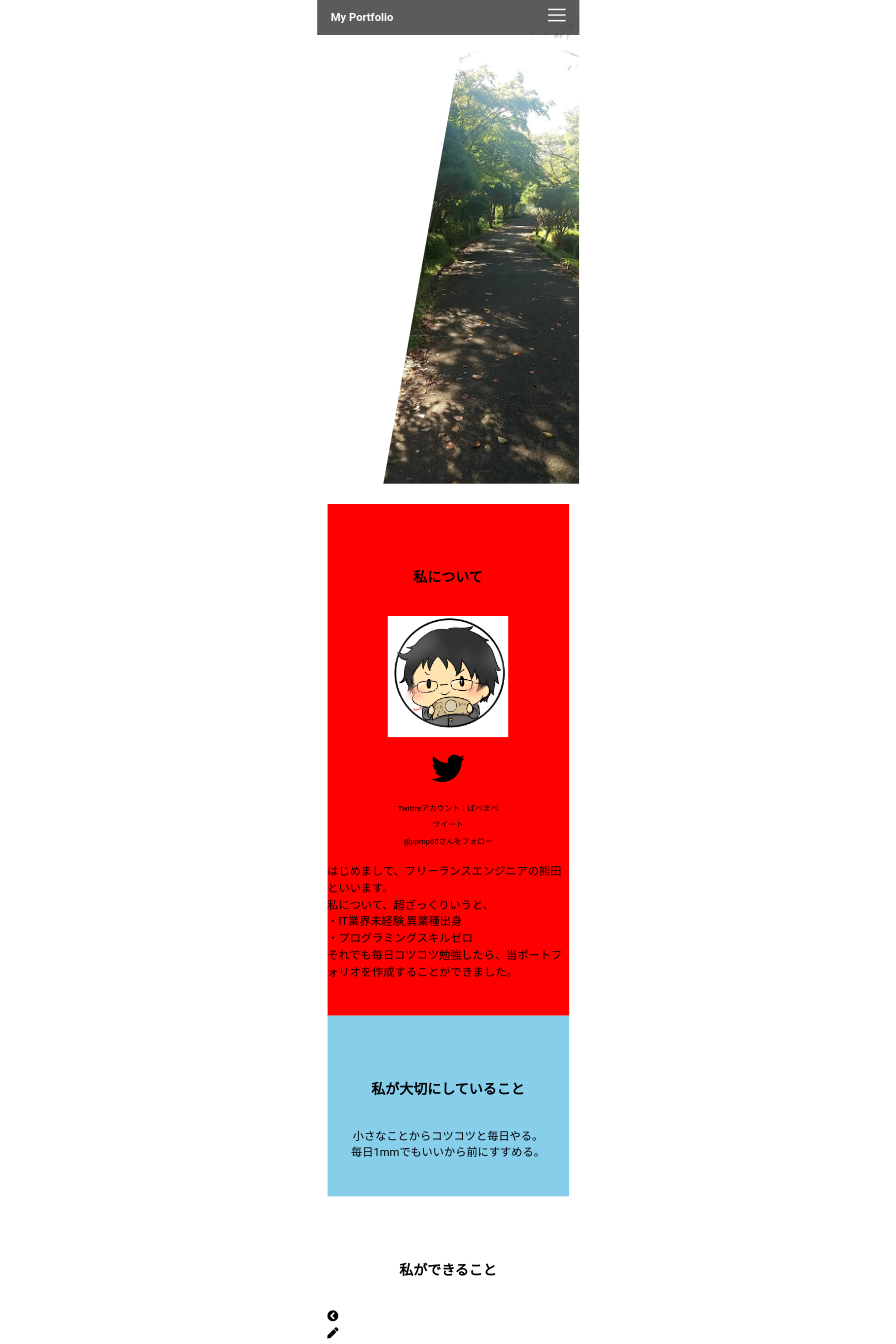
Repository: ppmp556/portfolio6
Page: index copy.html
These files come from the project's save history. The page is drawn as it stood at one moment and after the next save; the edit follows.
The browser window is 1280 px wide. The pictures show the part of the page from y = 0 to 1920 px (the page is 3189 px tall), at 70% of full size.
Some web libraries are served in a nearby version. The style sheet was rebuilt from its Sass, Less or Tailwind sources for each picture, by a compiler version that may differ from the author's.

Above is the page before, as saved 2020-10-12 22:11:27.
Console error: TypeError: Cannot read properties of null (reading 'addEventListener')

### index copy.html
<!DOCTYPE html>
<html ja>
  <head>
    <meta charset="utf-8" />
    <meta
      name="viewport"
      content="width=device-width, initial-scale=1.0, maximum-scale=1.0, minimum-scale=1.0"
    />
    <title>ポートフォリオ</title>
    <link rel="stylesheet" href="css/faundation.css" />
    <link rel="stylesheet" href="css/main.css" />
    <link
      href="https://use.fontawesome.com/releases/v5.6.1/css/all.css"
      rel="stylesheet"
    />
    <script src="https://ajax.googleapis.com/ajax/libs/jquery/3.4.1/jquery.min.js"></script>
  </head>

  <body>
    <div class="container">

      <div class="kv" id="kv">
        <div class="kv_container">
          <p class="kv_ttl">kuma</p>
          <img src="images/道.jpg" alt="" class="kv_img">


          <!-- <img src="/images/3566338_s.jpg" alt="" class="kv_img"> -->
          <!-- <img src="/images/3566338_s.jpg" alt="" class="kv_img"> -->
          <!-- <img src="/images/3566338_s.jpg" alt="" class="kv_img"> -->
          <!-- <img src="/images/3566338_s.jpg" alt="" class="kv_img"> -->
          <div class="kv_wrapper line">
            <p class="kv_animetype">
                <!-- ポートフォリオ<span class="line_type">|</span> -->
            </p><!-- /.kv_animetype -->

          </div><!-- /.kv_wrapper -->
        </div><!-- /.kv_container -->
      </div>
      <!-- /#kv.kv -->

      <header class="header" id="top">
        <div class="header_inner flex">
          <h1 class="header_ttl"><a href="index.html">My Portfolio</a></h1>
          <!-- /.header_ttl -->

          <nav class="nav">
            <!-- ハンバーガーメニュー部分 -->

            <div class="nav_ham" id="nav_toggle">
              <span class="nav_line tg1"></span>
              <span class="nav_line tg2"></span>
              <span class="nav_line tg3"></span>
            </div>
            <!-- ハンバーガーメニューここまで -->

            <ul class="nav_list flex">
              <div class="nav_inner">
                <li class="nav_item">
                  <a href="#Top" class="nav_link">TOP</a>
                </li>
                <!-- /.nav_item -->
                <li class="nav_item">
                  <a href="#about" class="nav_link">Profile</a>
                </li>
                <!-- /.nav_item -->
                <li class="nav_item">
                  <a href="#skill" class="nav_link">Skill</a>
                </li>
                <!-- /.nav_item -->
                <li class="nav_item">
                  <a href="#blog" class="nav_link">Blog</a>
                </li>
                <!-- /.nav_item -->
                <li class="nav_item">
                  <a href="#create" class="nav_link">Create</a>
                </li>
                <!-- /.nav_item -->
              </div><!-- /.nav_inner -->
            </ul>
            <!-- /.nav_list -->
          </nav>
          <!-- /.nav -->
        </div><!-- /.header_inner -->
      </header>
      <!-- /.header -->



      <main class="main_container">
        <div class="inner">

          <section class="about" id="about">
            <h2 class="section_ttl">私について</h2>
            <!-- /.section_ttl -->

            <div class="section_inner">
              <div class="about_left">
                <div class="about_imgbox">
                  <img src="images/アイコン.jpg" alt="" class="about_img">
                  <div class="about_share">
                    <a href="" class="about_share_icon">
                      <i class="fab fa-twitter fa-3x share"></i>
                      <p class="about_sharetxt">Twittreアカウント：ぱぺまぺ</p>
                      <!-- /.about_sharetxt --> </a
                    ><!-- /.about_share_icon -->
                      <br>
                    <a
                      href="https://twitter.com/share"
                      class="twitter_share_button"
                      data-via="webgaku"
                      data-lang="ja"
                      >ツイート</a
                    >
                      <br>
                    <a
                      href="https://twitter.com/ppmp65"
                      class="twitter_follow_button"
                      data-show-count="false"
                      data-lang="ja"
                      >@ppmp65さんをフォロー</a
                    >
                  </div>
                  <!-- /.about_share -->
                </div>
                <!-- /.about_imgbox -->
              </div>
              <!-- /.about_left -->

              <div class="about_right">
                <p class="about_txt">
                  はじめまして、フリーランスエンジニアの熊田といいます。<br />
                  私について、超ざっくりいうと、<br />

                  ・IT業界未経験,異業種出身 <br />
                  ・プログラミングスキルゼロ<br />

                  それでも毎日コツコツ勉強したら、当ポートフォリオを作成することができました。
                </p>
                <!-- /.about_txt -->
              </div>
              <!-- /.about_right -->
            </div>
            <!-- /.section_inner -->
          </section>
          <!-- /#about.about -->

          <section class="policy" id="policy">
            <h2 class="section_ttl">私が大切にしていること</h2>
            <!-- /.section_ttl -->

            <div class="policy_animebox">
              <div class="policy_anime">
                <p class="policy_txt">
                  小さなことからコツコツと毎日やる。<br />
                  毎日1mmでもいいから前にすすめる。
                </p>
                <!-- /.policy_txt -->
              </div>
              <!-- /.policy_anime -->
            </div>
            <!-- /.policy_anime -->
          </section>
          <!-- /#policy.policy -->

          <section class="skill" id="skill">
            <div class="scroll_fade_row">
              <h2 class="section_ttl">私ができること</h2>
              <!-- /.section_ttl -->

              <div class="skill_box">
                <div class="skill_content">
                  <div class="slide_btn prev">
                    <i class="fas fa-chevron-circle-left"></i>
                  </div>
                  <!-- /.slide_btn -->

                  <div class="skill_inner">
                    <div class="skill_inbox slide active">
                      <i class="skillIcon fas fa-pen"></i>
                      <p class="skill_inboxttl">執筆</p>
                      <!-- /.skill_inboxttl -->
                      <p class="skill_txt">
                        文章を考えるのが好きです<br />
                        ブログ執筆で毎日1000～2000文字程度<br />
                        書いています。<br />
                        ブログは毎日1日1記事更新。
                      </p>
                      <!-- /.skill_txt -->
                    </div>
                    <!-- /.skill_inbox -->

                    <div class="skill_inbox slide active">
                      <i class="skillIcon fas fa-code"></i>
                      <p class="skill_inboxttl">コーディング</p>
                      <!-- /.skill_inboxttl -->
                      <p class="skill_txt">
                        独学とプログラミングスクール併用<br />
                        全くの知識ゼロから始めました。<br />
                      </p>
                      <!-- /.skill_txt -->
                    </div>
                    <!-- /.skill_inbox -->

                    <div class="skill_inbox slide active">
                      <i class="skillIcon fas fa-pen"></i>
                      <p class="skill_inboxttl">執筆</p>
                      <!-- /.skill_inboxttl -->
                      <p class="skill_txt">
                        文章を考えるのが好きです<br />
                        ブログ執筆で毎日1000～2000文字程度<br />
                        書いています。<br />
                        ブログは毎日1日1記事更新。
                      </p>
                      <!-- /.skill_txt -->
                    </div>
                    <!-- /.skill_inbox -->

                    <div class="skill_inbox slide active">
                      <i class="skillIcon fas fa-cog"></i>
                      <p class="skill_inboxttl">執筆</p>
                      <!-- /.skill_inboxttl -->
                      <p class="skill_txt">
                        文章を考えるのが好きです<br />
                        ブログ執筆で毎日1000～2000文字程度<br />
                        書いています。<br />
                        ブログは毎日1日1記事更新。
                      </p>
                      <!-- /.skill_txt -->
                    </div>
                    <!-- /.skill_inbox -->
                  </div>
                  <!-- /.skill_inner -->
                </div>
                <!-- /.skill_content -->
              </div>
              <!-- /.skill_box -->
            </div>
            <!-- /.scroll_fade_row -->
          </section>
          <!-- /#skill.skill -->

          <section class="blog" id="blog">
            <div class="scroll_fade_row">
              <h2 class="section_ttl">ブログ</h2>
              <!-- /.section_ttl -->

              <div class="section_inner">
                <h3 class="blog_txt">ぱぺまぺの低年収者のための資産運用計画</h3>
                <!-- /.blog_txt -->

                <div class="blog_imgbox">
                  <a href="https://ppmp556.com"
                    >https://ppmp556.com
                    <img
                      class="blogImg"
                      src="images/invest01.png"
                      alt="ブログ1"
                    />
                  </a>
                </div>
                <!-- /.blog_imgbox -->
                <div class="blog_txtbox">
                  <p class="blog_txt">
                    投資ブログです。<br />
                    資金が少なくてもできる投資や、<br />
                    初心者向けの投資、投資についての考え方や<br />
                    ヒントなどを発信しています。（1日1記事更新）
                  </p>
                  <!-- /.blog_txt -->
                </div>
                <!-- /.blog_txtbox -->
              </div>
              <!-- /.section_inner -->
            </div>
            <!-- /.scroll_fade_row -->
          </section>
          <!-- /#blog.blog -->

          <section class="create" id="create">
            <div class="scroll_fade_row">
              <h2 class="section_ttl">制作物</h2>
              <!-- /.section_ttl -->
              <div class="section_inner">
                <div class="create_imgbox">
                  <p class="create_ttl">ポートフォリオ<br />（このサイト）</p>
                  <!-- /.create_ttl -->

                  <!-- アコーディオンメニュー実装する -->
                </div>
                <!-- /.create_imgbox -->
              </div>
              <!-- /.section_inner -->
            </div>
            <!-- /.scroll_fade_row -->
          </section>
          <!-- /#create.create -->
        </div>
        <!-- /.inner -->
      </main>

      <footer class="footer">
        <ul class="footer_list">
          <li class="footer_nav">
            <a href="" class="footer_link"></a>
          </li>
          <!-- /.footer_nav -->
          <li class="footer_nav">
            <a href="" class="footer_link"></a>
          </li>
          <!-- /.footer_nav -->
          <li class="footer_nav">
            <a href="" class="footer_link"></a>
          </li>
          <!-- /.footer_nav -->
          <li class="footer_nav">
            <a href="" class="footer_link"></a>
          </li>
          <!-- /.footer_nav -->
          <li class="footer_nav">
            <a href="" class="footer_link"></a>
          </li>
          <!-- /.footer_nav -->
        </ul>
        <!-- /.footer_list -->

        <div class="footer_copy">
          <small class="footer_txt">@ copyright</small
          ><!-- /.footer_txt -->
        </div>
        <!-- /.footer_copy -->
      </footer>
      <!-- /.footer -->
    </div>
    <!-- /.container -->

    <!-- <btn id="page-top"><a href="#top">PAGE TOP</a></btn> -->
    <script src="https://code.jquery.com/jquery-3.4.1.js"></script>
    <script src="main.js"></script>
  </body>
</html>

### css/main.scss
@charset 'utf-8';

/****************************************:

全体のスタイル

*****************************************:*/


$cWhite: #ffffff;
$cOcher: #c1a250;
$cBlack: #333;
$cGray: rgb(139, 137, 137);
$cBgColor: #eaebed;


$widthPc: 1024px;
$widthTab: 764px;
$widthSp: 480px;

@mixin fontsize($cFontSz: 3.6rem) {
    font-size: $cFontSz;
    color: $cWhite;
}





@mixin pc {
    @media screen and (min-width: $widthPc) {
        @content;
    }
}


@mixin tab {
    @media screen and (min-width: $widthTab) and (max-width: $widthPc) {
        @content;
    }
}



html {
    // ルートのフォントサイズ 10pxに設定
    font-size: 62.5%;
}

body {
    // デフォルトのフォントサイズ 16pxと同等のサイズに設定
    font-size: 1.6em;
    font-size: 16px;
    width: 375px;
    margin: 0 auto;
    font-family: "Roboto", sans-serif, "Noto Sans";
}


* {
    box-sizing: border-box;
}


.overall {
    font-family: "Yu Gothic", YuGothic, "Hiragino Kaku Gothic Pro", "YuGothic",
        "Meiryo", verdana, "Osaka", "MS PGothic", Sans-Serif, "Yu Mincho",
        YuMincho, "MS P Mincho", serif;

    background-color: $cBgColor;
}

.container {
    width: 100%;
    margin: 0 auto;
    // color: $cWhite;
    position: relative;
    overflow: hidden;
}



.mock {
    /* モック画像 */
    position: absolute;
    top: 0;
    left: 0;
    right: 0;
    margin: 0 auto;
    width: 375px;
    opacity: 0.3;

    /* 反転 */
    filter: hue-rotate(180deg);

    /* テキストを掴まないように */
    pointer-events: none;

    z-index: 999;
}



.flex {
    display: flex;
    justify-content: space-between;
}

.inner {
    margin: 0 auto;
    padding: 0 15px;
}

.section_ttl {
    display: block;
    text-align: center;
    margin: 40px 0;
    font-size: 2rem;
}

/****************************************:

kv

*****************************************:*/

.kv {
    position: relative;
    // background-color: red;

    &_container {
        height: 100vh;

        clip-path: polygon(58% 0, 100% 0, 100% 100%, 24% 100%);

    }

    &_txt {
        position: absolute;
        top: 20px;
        font-size: 5rem;
        color: $cBlack;
    }



    &_img {
        width: 100%;
        // height: 100%;
        display: block;

    }

    &_wrapper {
        position: absolute;
        top: 50%;
        left: 50%;
        transform: translate(-50%, -50%);
    }

    &_animetype {
        color: $cWhite;
    }


}


/****************************************:
タイプアニメーション
*****************************************:*/


.line {
    // position: relative;
    top: 50%;
    width: 24em;
    text-align: center;
    margin: 0 auto;
    font-size: 100%;
    white-space: nowrap;
    overflow: hidden;
    animation: type 2.5s steps(80, end);
    animation: typewriter 4s steps(60) 1s 1 normal both,
    /* normal:標準の方向で実行、both:forwardsとbackwardsの両方の規定に従う */
    blinkTextCursor 500ms steps(60) infinite normal;

    &_type {
        font-size: 25px;
        animation: blink 1s infinite;
        /* blink:点滅、infinite:無限に繰り返す */
    }
}



@keyframes type {
    from { width: 0; }
    to   {width: 100%; }
}


@keyframes blink {
    to{opacity: .0;}
}


@keyframes typewriter {
    from { width: 0; }
    to { width: 24em; }
}

@keyframes blinkTextCursor{/*点滅するカーソルのアニメーション*/
    from { border-right-color: $cWhite; }
    to { border-right-color: transparent; }
}





/****************************************:

policy

*****************************************:*/

.policy {
    padding: 50px 0;
    background-color: skyblue;
    margin: 0 auto;

    &_txt {
        text-align: center;

    }
}









/****************************************:

skill

*****************************************:*/


.skill {
    padding: 50px 0;
}














/****************************************:

header

*****************************************:*/

.header {
    position: absolute;
    top: 0;
    left: 0;
    width: 100%;
    background-color: $cBlack;
    opacity: 0.8;
    padding: 0 20px;
    line-height: 50px;
    color: $cWhite;
    z-index: 99;

    &.clicked {
        background-color: transparent;
    }

    &_inner.clicked {
        width: 85%;
        padding: 0 20px;
        margin-left: 35%;
        background-color: red;
        transition: .3s;
    }
}









/****************************************:

nav

*****************************************:*/

.nav {
    position: relative;



    &_list {
        position: absolute;
        right: -1000px;
        // right: -5vw;
        display: flex;
        flex-direction: column;

        &.clicked {
            right: -5vw;
            transition: .6s;
        }
    }

    &_inner {
        background-color: red;
        height: 88.9vh;
        width: 60.1vw;
        margin-top: 17%;

    }

    // ハンバーガーメニュー
    &_ham {
        cursor: pointer;
        position: absolute;
        top: 50%;
        right: 0;
        transform: translateY(-50%);
        // background-color: #ffffff;
        width: 25px;
        height: 25px;
        z-index: 100;

        &.clicked {
            right: 40px;
        }
    }

    &_line {
        position: absolute;
        width: 100%;
        height: 2px;
        background-color: $cWhite;

        &:nth-child(1) {
            top: 0px;
            // left: -5px;

        }

        &:nth-child(2) {
            top: 8px;
            // left: 5px;
        }

        &:nth-child(3) {
            top: 16px;
            /* left: -5px; */
        }

        &.clicked:nth-child(1) {
            transform: translateY(12px) rotate(-315deg);
            transition: .5s;

        }
        &.clicked:nth-child(2) {
            left: 0;
            transition: .9s;
            opacity: 0;

        }
        &.clicked:nth-child(3) {
            transform: translateY(-4px) rotate(315deg);
            transition: .5s;

        }




    }

    &_item {
        text-align: center;
    }


}




/****************************************:

about

*****************************************:*/

.about {
    padding: 50px 0;
    background-color: red;

    &_imgbox {
        width: 50%;
        margin: 0 auto;
    }

    &_img {
        display: block;
        width: 100%;
        height: 100%;
    }

    &_share {
        text-align: center;

        &_icon {
            width: 100%;
        }
    }
    &_sharetxt {
        display: inline-block;
        font-size: 1.1rem;
    }

    &_left {
        margin: 20px 0;
    }
}

.share {
    padding: 20px 0;

    &:hover {
        margin-bottom: 5px;
    }
}

.twitter {

    &_share_button {
        font-size: 1.1rem;
    }

    &_follow_button {
        font-size: 1.1rem;
    }
}

.fa-twitter {
    font-size: 2rem;
}

Loaded but not shown: main.js (197 lines, source omitted); css/faundation.css (133 lines, source omitted)

After the next save:
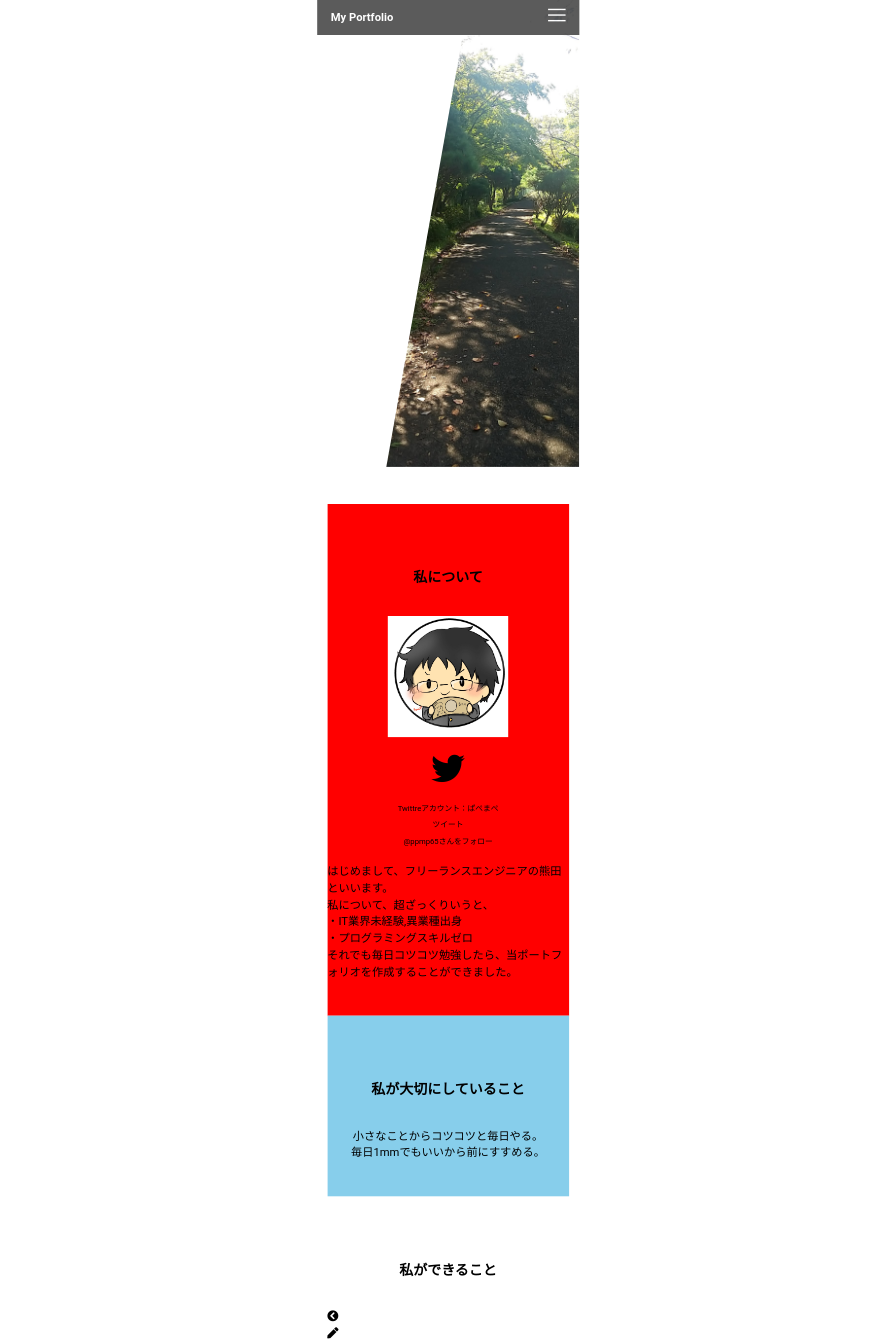
Saved 12 s later.
--- a/css/main.scss
+++ b/css/main.scss
@@ -135,7 +135,7 @@
 
     }
 
-    &_txt {
+    &_ttl {
         position: absolute;
         top: 20px;
         font-size: 5rem;

After the 2 saves that followed:
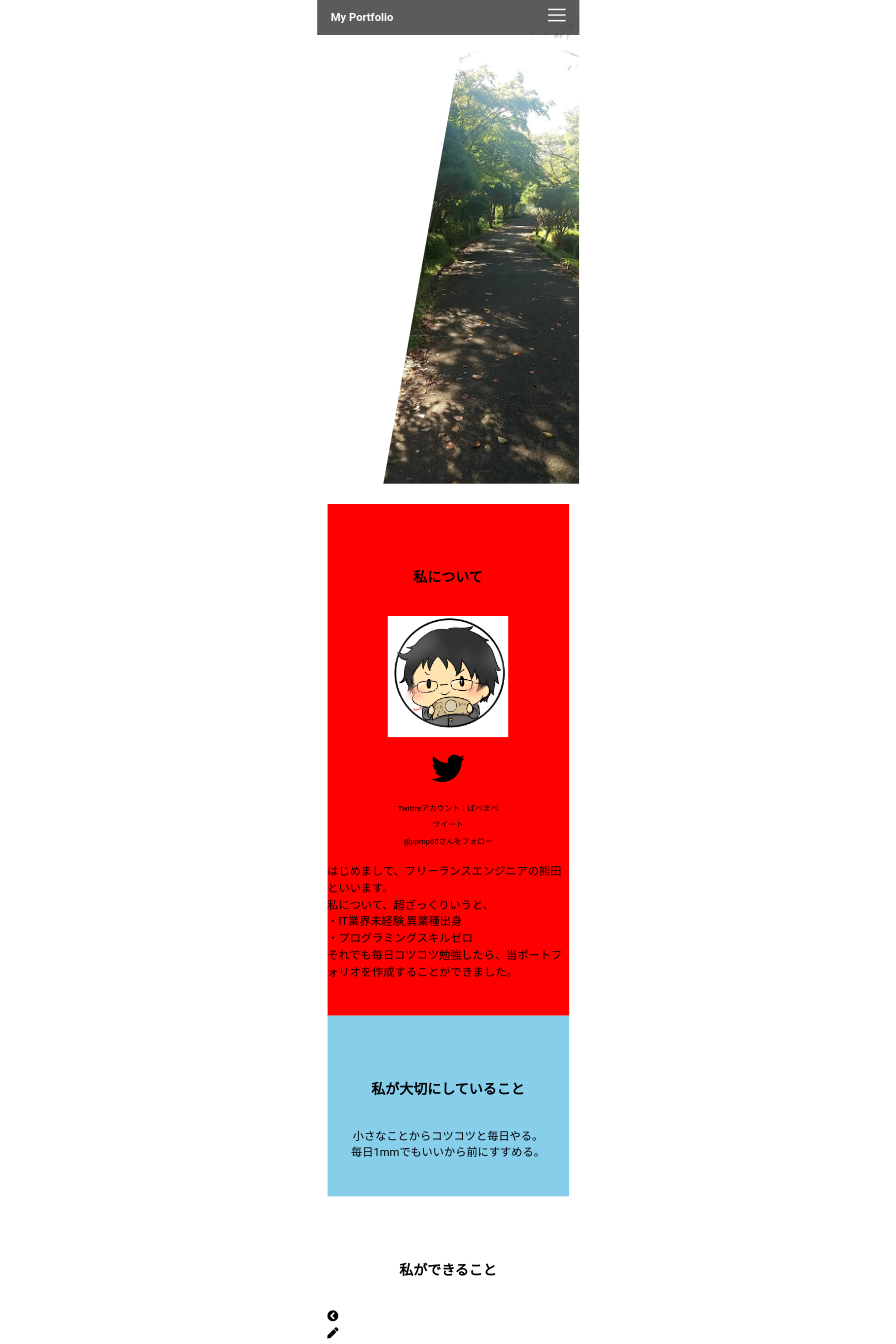
The 2 saves are shown as one change because 1 left the picture as it was.
The last was saved 5 min 7 s later.
--- a/css/main.scss
+++ b/css/main.scss
@@ -133,15 +133,19 @@
 
         clip-path: polygon(58% 0, 100% 0, 100% 100%, 24% 100%);
 
-    }
-
-    &_ttl {
+
+
+    }
+
+    &::before {
+
         position: absolute;
-        top: 20px;
+        top: 150px;
+        left: 20px;
         font-size: 5rem;
         color: $cBlack;
-    }
-
+
+    }
 
 
     &_img {
